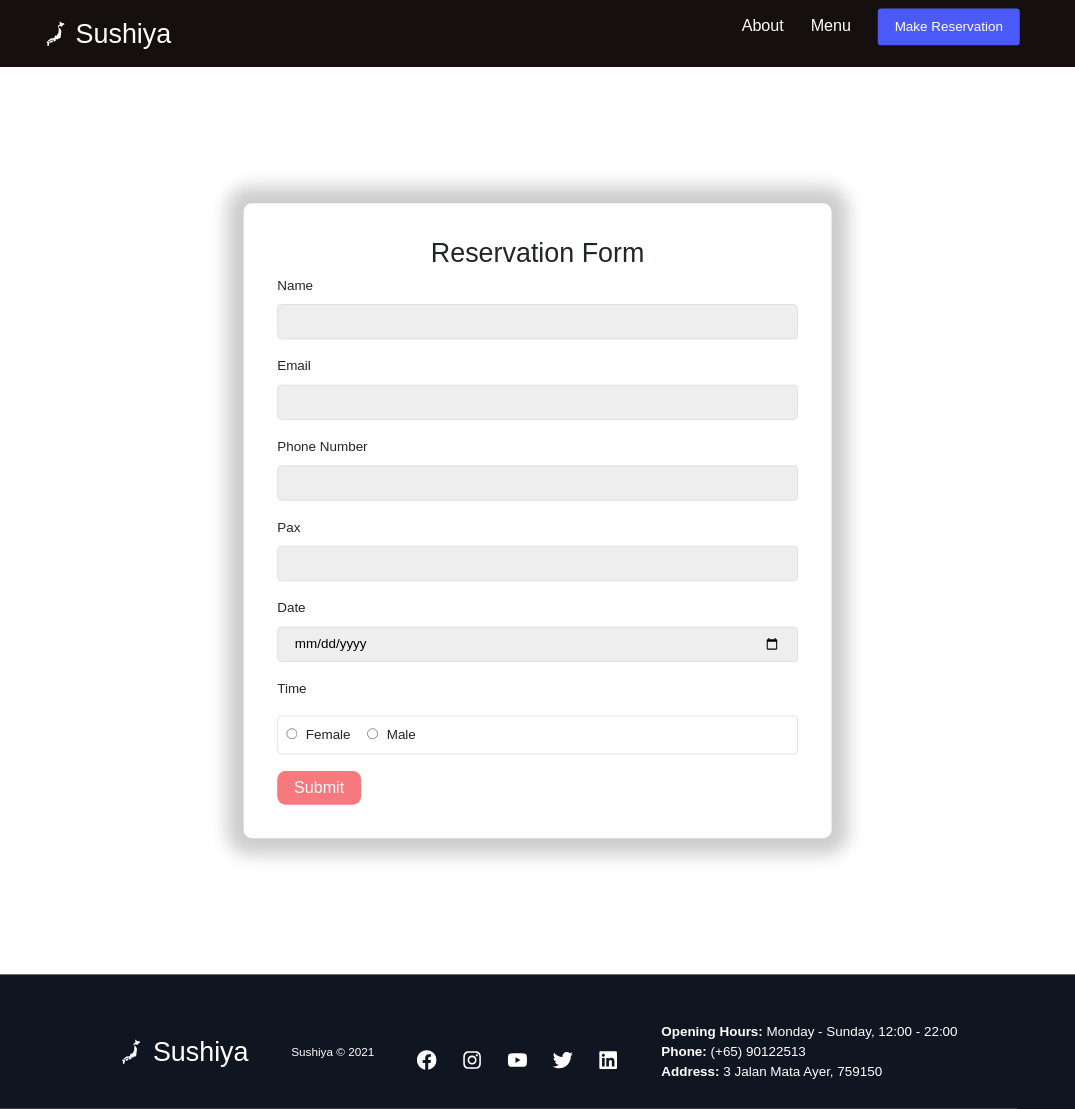
Repository: RuiXiong2211/Sushiroe
Page: /Reservation
An editor plug-in stored every save of this project. The page is shown before and after a run of saves, followed by the edit.
The browser window is 1280 px wide. The pictures show the whole page, at 84% of full size.
The project was rebuilt for these pictures with package versions that can differ from the ones it lists, and the page was loaded fresh each time. Also part of the build but not shown: src/components/InfoSection/InfoSection.elements.js, src/components/InfoSection/InfoSection.js, src/components/ProductSection/ProductSection.elements.js, src/components/ProductSection/ProductSection.js, src/data/home/Data.js, src/pages/HomePage/Home.js, src/data/menu/Data.js, src/pages/Menu/Menu.js.

Above is the page before, as saved 2021-07-12 17:46:16.

After the next 2 saves:
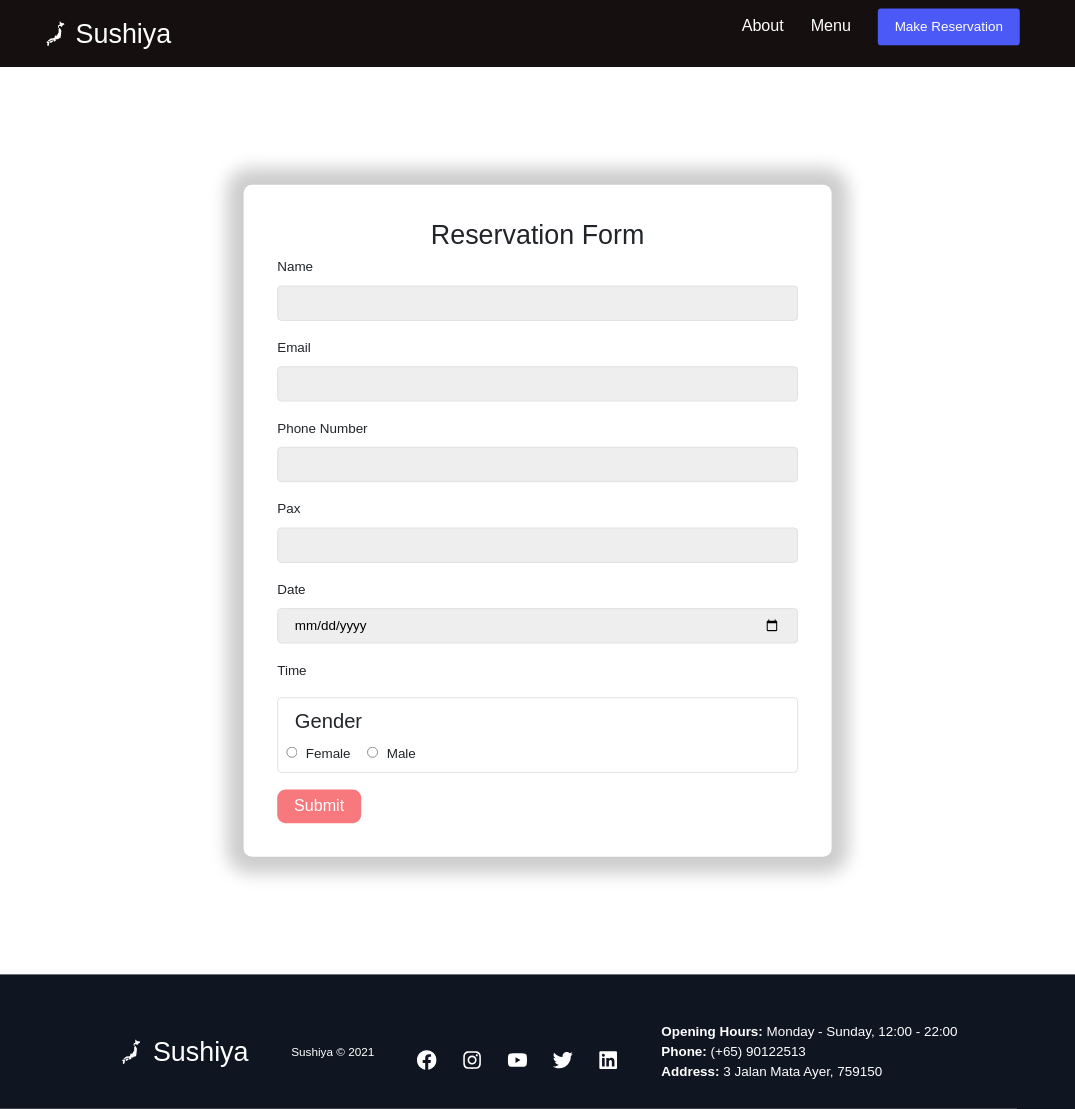
The 2 saves are shown as one change because they came seconds apart.
The last was saved 17 s later.
--- a/src/components/Reservation/Reservation.js
+++ b/src/components/Reservation/Reservation.js
@@ -99,12 +99,13 @@
           />
           <label htmlFor="time"> Time </label>
           <StyledFieldset>
+            <legend>Gender</legend>
             <label>
               <input
                 type="radio"
-                value="12:00"
-                name="time"
-                checked={state.time === 'female'}
+                value="female"
+                name="gender"
+                checked={state.gender === 'female'}
                 onChange={handleInput}
               />
               Female
@@ -112,9 +113,9 @@
             <label>
               <input
                 type="radio"
-                value="13:00"
-                name="time"
-                checked={state.time === 'male'}
+                value="male"
+                name="gender"
+                checked={state.gender === 'male'}
                 onChange={handleInput}
               />
               Male

After the save that followed:
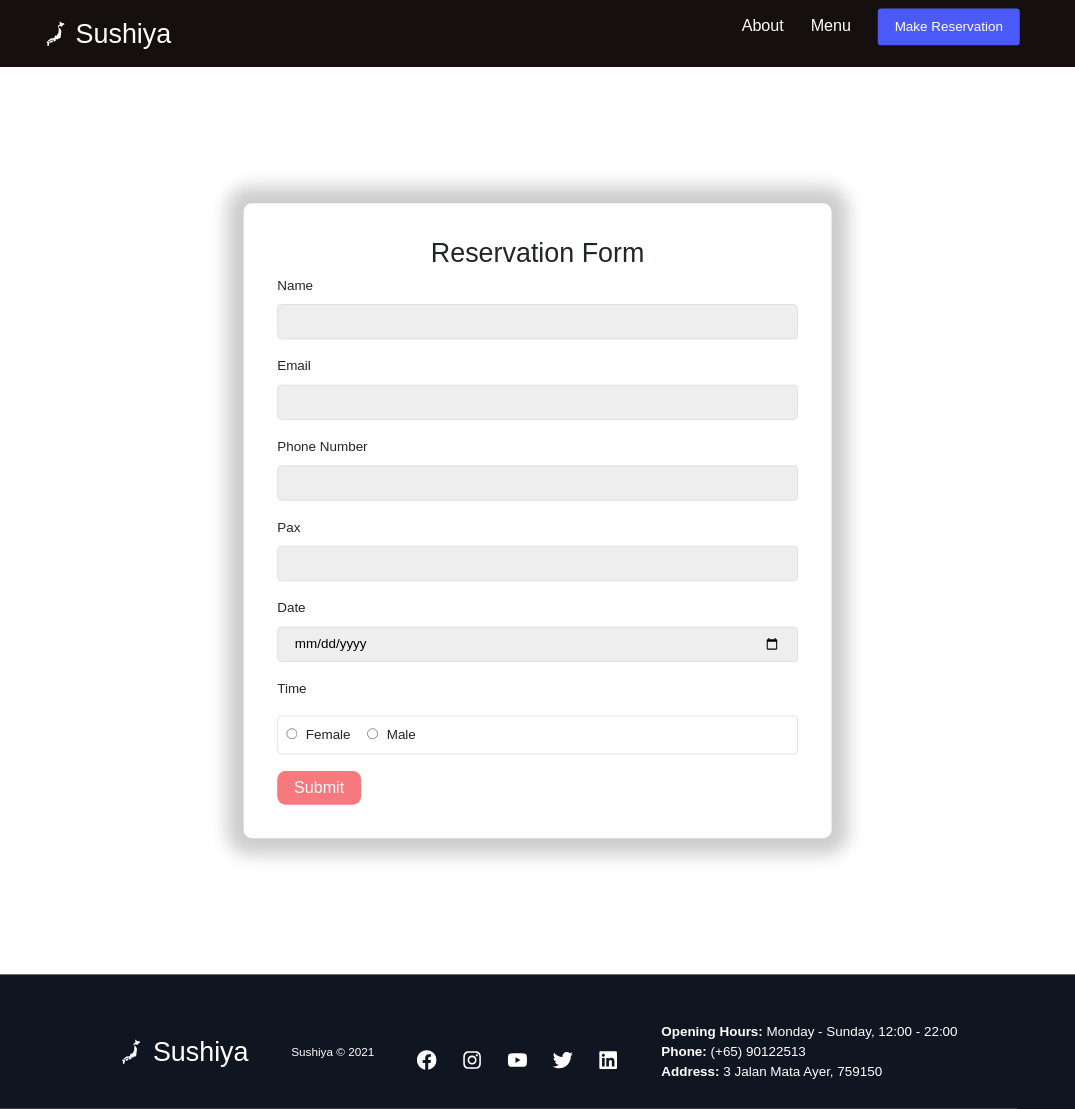
Saved 6 s later.
--- a/src/components/Reservation/Reservation.js
+++ b/src/components/Reservation/Reservation.js
@@ -99,7 +99,6 @@
           />
           <label htmlFor="time"> Time </label>
           <StyledFieldset>
-            <legend>Gender</legend>
             <label>
               <input
                 type="radio"
